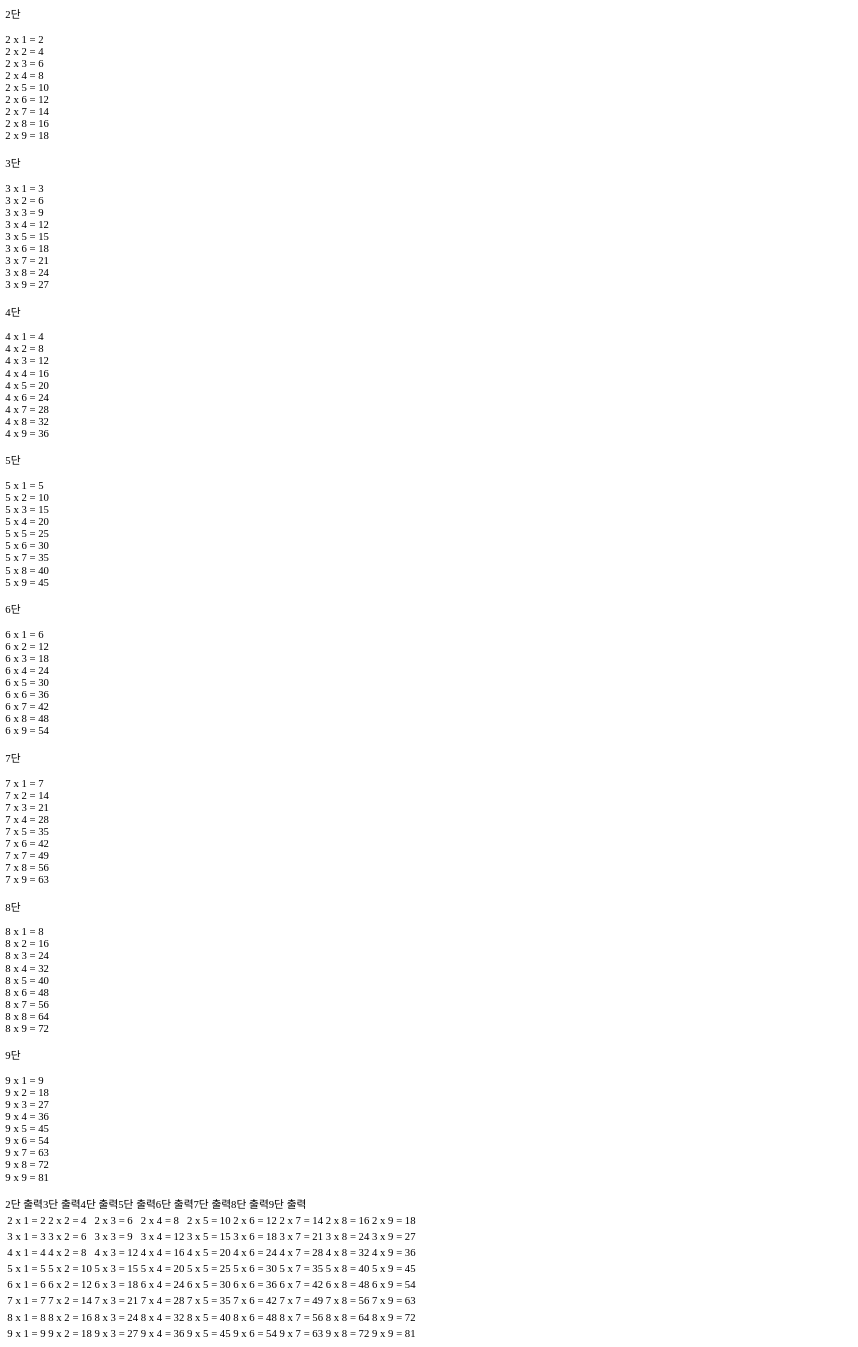
Repository: carnelli95/workspace_JSP
Page: http://localhost/MustHaveJSP/JSPMission/Gugudan1.jsp
These files come from the project's save history. The page is drawn as it stood at one moment and after the next save; the edit follows.
The browser window is 1280 px wide. The pictures show the whole page, at 67% of full size.
The page is served by Tomcat 9.

Above is the page before, as saved 2025-09-26 07:37:44.

After the next save:
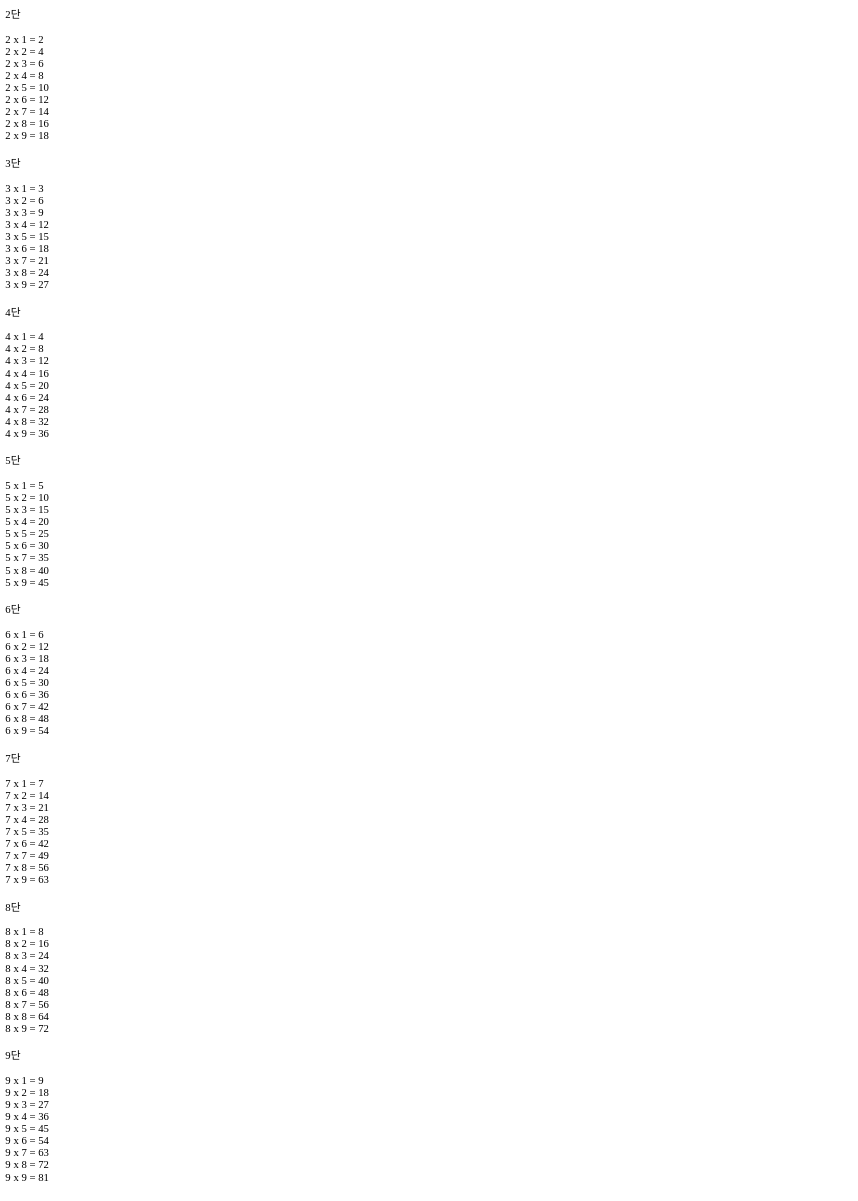
Saved 2 s later.
--- a/MustHaveJSP/src/main/webapp/JSPMission/Gugudan1.jsp
+++ b/MustHaveJSP/src/main/webapp/JSPMission/Gugudan1.jsp
@@ -24,18 +24,5 @@
 %>
 </table>
 
-
-<table>
-<%
-	for(int i = 2; i <= 9; i++) {
-		out.println("<tr>" + i + "단 출력</tr>");
-		for(int j = 1; j <= 9; j++) {
-			out.print("<td>" + i + " x " + j  + " = " + i * j + "</td>" + "\t");
-		}
-	}
-%>
-</table>
-
-
 </body>
 </html>
